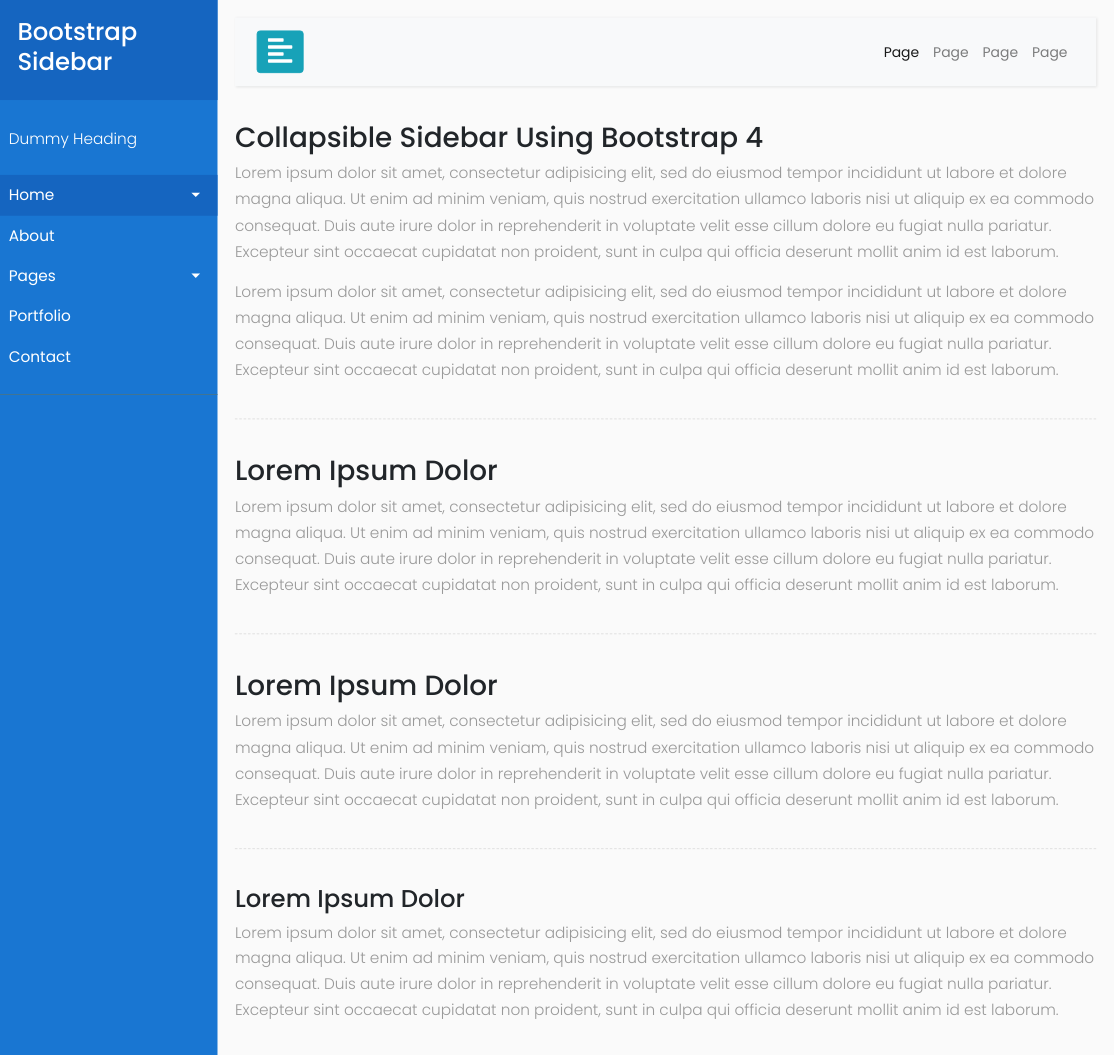
Repository: thiagosfideles/aprendendo-git
Page: http://localhost/
The author's editor kept a record of every edit. The page is drawn from the files as they stood at one moment, then again after the next edit.
The browser window is 1280 px wide. The pictures show the whole page, at 87% of full size.
Some web libraries are served in a nearby version. The page is run by PHP 8.4 with error messages shown; the project is at /var/www/html/.

Above is the page before.

### index.php
<?php

include_once ("index.html");

?>

### index.html
<!DOCTYPE html>
<html lang="pt-br">
<head>
    <meta charset="UTF-8">
    <meta name="viewport" content="width=device-width, initial-scale=1.0">
    <meta http-equiv="X-UA-Compatible" content="ie=edge">
    <title>Calendar</title>

    <!-- Bootstrap CSS CDN -->
    <link rel="stylesheet" href="https://cdnjs.cloudflare.com/ajax/libs/twitter-bootstrap/4.3.1/css/bootstrap.min.css" type="text/css" />

     <!-- Our Custom CSS -->
    <link rel="stylesheet" href="css/style.css">

    <!-- Font Awesome JS -->
    <script type="text/javascript" src="https://cdnjs.cloudflare.com/ajax/libs/font-awesome/5.11.2/js/fontawesome.js"></script>
    <script type="text/javascript" src="https://cdnjs.cloudflare.com/ajax/libs/font-awesome/5.11.2/js/solid.js"></script>

</head>
<body>

  <div class="wrapper">
        <!-- Sidebar  -->
        <nav id="sidebar">
            <div class="sidebar-header">
                <h3>Bootstrap Sidebar</h3>
            </div>

            <ul class="list-unstyled components">
                <p>Dummy Heading</p>
                <li class="active">
                    <a href="#homeSubmenu" data-toggle="collapse" aria-expanded="false" class="dropdown-toggle">Home</a>
                    <ul class="collapse list-unstyled" id="homeSubmenu">
                        <li>
                            <a href="#">Home 1</a>
                        </li>
                        <li>
                            <a href="#">Home 2</a>
                        </li>
                        <li>
                            <a href="#">Home 3</a>
                        </li>
                    </ul>
                </li>
                <li>
                    <a href="#">About</a>
                </li>
                <li>
                    <a href="#pageSubmenu" data-toggle="collapse" aria-expanded="false" class="dropdown-toggle">Pages</a>
                    <ul class="collapse list-unstyled" id="pageSubmenu">
                        <li>
                            <a href="#">Page 1</a>
                        </li>
                        <li>
                            <a href="#">Page 2</a>
                        </li>
                        <li>
                            <a href="#">Page 3</a>
                        </li>
                    </ul>
                </li>
                <li>
                    <a href="#">Portfolio</a>
                </li>
                <li>
                    <a href="#">Contact</a>
                </li>
            </ul>
        </nav>

        <!-- Page Content  -->
        <div id="content">

            <nav class="navbar navbar-expand-lg navbar-light bg-light">
                <div class="container-fluid">

                    <button type="button" id="sidebarCollapse" class="btn btn-info">
                        <i class="fas fa-2x fa-align-left"></i>

                    </button>
                    <button class="btn btn-dark d-inline-block d-lg-none ml-auto" type="button" data-toggle="collapse" data-target="#navbarSupportedContent" aria-controls="navbarSupportedContent" aria-expanded="false" aria-label="Toggle navigation">
                        <i class="fas fa-align-justify"></i>
                    </button>

                    <div class="collapse navbar-collapse" id="navbarSupportedContent">
                        <ul class="nav navbar-nav ml-auto">
                            <li class="nav-item active">
                                <a class="nav-link" href="#">Page</a>
                            </li>
                            <li class="nav-item">
                                <a class="nav-link" href="#">Page</a>
                            </li>
                            <li class="nav-item">
                                <a class="nav-link" href="#">Page</a>
                            </li>
                            <li class="nav-item">
                                <a class="nav-link" href="#">Page</a>
                            </li>
                        </ul>
                    </div>
                </div>
            </nav>

            <h2>Collapsible Sidebar Using Bootstrap 4</h2>
            <p>Lorem ipsum dolor sit amet, consectetur adipisicing elit, sed do eiusmod tempor incididunt ut labore et dolore magna aliqua. Ut enim ad minim veniam, quis nostrud exercitation ullamco laboris nisi ut aliquip ex ea commodo consequat. Duis aute irure dolor in reprehenderit in voluptate velit esse cillum dolore eu fugiat nulla pariatur. Excepteur sint occaecat cupidatat non proident, sunt in culpa qui officia deserunt mollit anim id est laborum.</p>
            <p>Lorem ipsum dolor sit amet, consectetur adipisicing elit, sed do eiusmod tempor incididunt ut labore et dolore magna aliqua. Ut enim ad minim veniam, quis nostrud exercitation ullamco laboris nisi ut aliquip ex ea commodo consequat. Duis aute irure dolor in reprehenderit in voluptate velit esse cillum dolore eu fugiat nulla pariatur. Excepteur sint occaecat cupidatat non proident, sunt in culpa qui officia deserunt mollit anim id est laborum.</p>

            <div class="line"></div>

            <h2>Lorem Ipsum Dolor</h2>
            <p>Lorem ipsum dolor sit amet, consectetur adipisicing elit, sed do eiusmod tempor incididunt ut labore et dolore magna aliqua. Ut enim ad minim veniam, quis nostrud exercitation ullamco laboris nisi ut aliquip ex ea commodo consequat. Duis aute irure dolor in reprehenderit in voluptate velit esse cillum dolore eu fugiat nulla pariatur. Excepteur sint occaecat cupidatat non proident, sunt in culpa qui officia deserunt mollit anim id est laborum.</p>

            <div class="line"></div>

            <h2>Lorem Ipsum Dolor</h2>
            <p>Lorem ipsum dolor sit amet, consectetur adipisicing elit, sed do eiusmod tempor incididunt ut labore et dolore magna aliqua. Ut enim ad minim veniam, quis nostrud exercitation ullamco laboris nisi ut aliquip ex ea commodo consequat. Duis aute irure dolor in reprehenderit in voluptate velit esse cillum dolore eu fugiat nulla pariatur. Excepteur sint occaecat cupidatat non proident, sunt in culpa qui officia deserunt mollit anim id est laborum.</p>

            <div class="line"></div>

            <h3>Lorem Ipsum Dolor</h3>
            <p>Lorem ipsum dolor sit amet, consectetur adipisicing elit, sed do eiusmod tempor incididunt ut labore et dolore magna aliqua. Ut enim ad minim veniam, quis nostrud exercitation ullamco laboris nisi ut aliquip ex ea commodo consequat. Duis aute irure dolor in reprehenderit in voluptate velit esse cillum dolore eu fugiat nulla pariatur. Excepteur sint occaecat cupidatat non proident, sunt in culpa qui officia deserunt mollit anim id est laborum.</p>
        </div>
    </div>



    <!-- Scripts -->
    <!-- Jquery.js -->
    <script src="https://code.jquery.com/jquery-3.3.1.slim.min.js" integrity="sha384-q8i/X+965DzO0rT7abK41JStQIAqVgRVzpbzo5smXKp4YfRvH+8abtTE1Pi6jizo" crossorigin="anonymous"></script>
    <!-- Popper.js -->
    <script type="text/javascript" src="https://cdnjs.cloudflare.com/ajax/libs/popper.js/1.15.0/esm/popper.min.js"></script>
    <!-- Bootstrap.js -->
    <script type="text/javascript" src="https://cdnjs.cloudflare.com/ajax/libs/twitter-bootstrap/4.3.1/js/bootstrap.min.js"></script>
    <!-- Sidebar.js -->
    <script type="text/javascript" src="js/sidebar.js"></script>

</body>
</html>

### css/style.css
/*
    DEMO STYLE
*/

@import "https://fonts.googleapis.com/css?family=Poppins:300,400,500,600,700";
body {
    font-family: 'Poppins', sans-serif;
    background: #fafafa;
}

p {
    font-family: 'Poppins', sans-serif;
    font-size: 1.1em;
    font-weight: 300;
    line-height: 1.7em;
    color: #999;
}

a,
a:hover,
a:focus {
    color: inherit;
    text-decoration: none;
    transition: all 0.3s;
}

.navbar {
    padding: 15px 10px;
    background: #fff;
    border: none;
    border-radius: 0;
    margin-bottom: 40px;
    box-shadow: 1px 1px 3px rgba(0, 0, 0, 0.1);
}

.navbar-btn {
    box-shadow: none;
    outline: none !important;
    border: none;
}

.line {
    width: 100%;
    height: 1px;
    border-bottom: 1px dashed #ddd;
    margin: 40px 0;
}

/* ---------------------------------------------------
    SIDEBAR STYLE
----------------------------------------------------- */

.wrapper {
    display: flex;
    width: 100%;
    align-items: stretch;
}

#sidebar {
    min-width: 250px;
    max-width: 250px;
    background: #1976d2;
    color: #fff;
    transition: all 0.3s;
}

#sidebar.active {
    margin-left: -250px;
}

#sidebar .sidebar-header {
    padding: 20px;
    background: #1565c0;
}

#sidebar ul.components {
    padding: 20px 0;
    border-bottom: 1px solid #47748b;
}

#sidebar ul p {
    color: #fff;
    padding: 10px;
}

#sidebar ul li a {
    padding: 10px;
    font-size: 1.1em;
    display: block;
}

#sidebar ul li a:hover {
    color: #1565c0;
    background: #fff;
}

#sidebar ul li.active>a,
a[aria-expanded="true"] {
    color: #fff;
    background: #1565c0 ;
}

a[data-toggle="collapse"] {
    position: relative;
}

.dropdown-toggle::after {
    display: block;
    position: absolute;
    top: 50%;
    right: 20px;
    transform: translateY(-50%);
}

ul ul a {
    font-size: 0.9em !important;
    padding-left: 30px !important;
    background: #1565c0 ;
}

ul.CTAs {
    padding: 20px;
}

ul.CTAs a {
    text-align: center;
    font-size: 0.9em !important;
    display: block;
    border-radius: 5px;
    margin-bottom: 5px;
}


a.article,
a.article:hover {
    background: #1565c0 !important;
    color: #fff !important;
}

/* ---------------------------------------------------
    CONTENT STYLE
----------------------------------------------------- */

#content {
    width: 100%;
    padding: 20px;
    min-height: 100vh;
    transition: all 0.3s;
}

/* ---------------------------------------------------
    MEDIAQUERIES
----------------------------------------------------- */

@media (max-width: 768px) {
    #sidebar {
        margin-left: -250px;
    }
    #sidebar.active {
        margin-left: 0;
    }
    #sidebarCollapse span {
        display: none;
    }
}

/* ---------------------------------------------------
    BUTTON
----------------------------------------------------- */

.btn-info {
  background-color: #17a2b8;
  border-color: #17a2b8;
}

Loaded but not shown: js/sidebar.js (common file)

After the next edit:
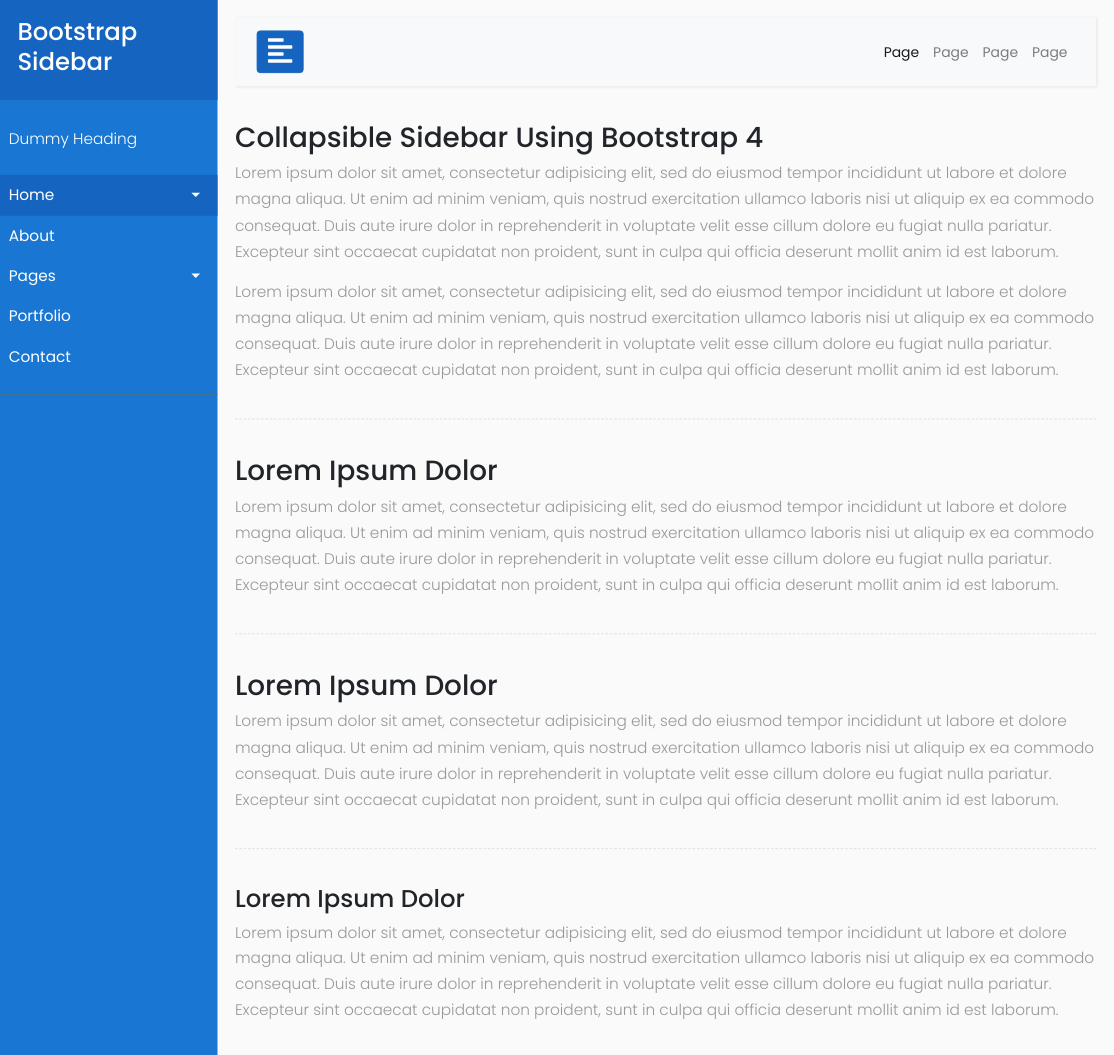
The edit:
--- a/css/style.css
+++ b/css/style.css
@@ -169,6 +169,6 @@
 ----------------------------------------------------- */
 
 .btn-info {
-  background-color: #17a2b8;
-  border-color: #17a2b8;
+  background-color: #1565c0;
+  border-color: #1565c0;
 }
